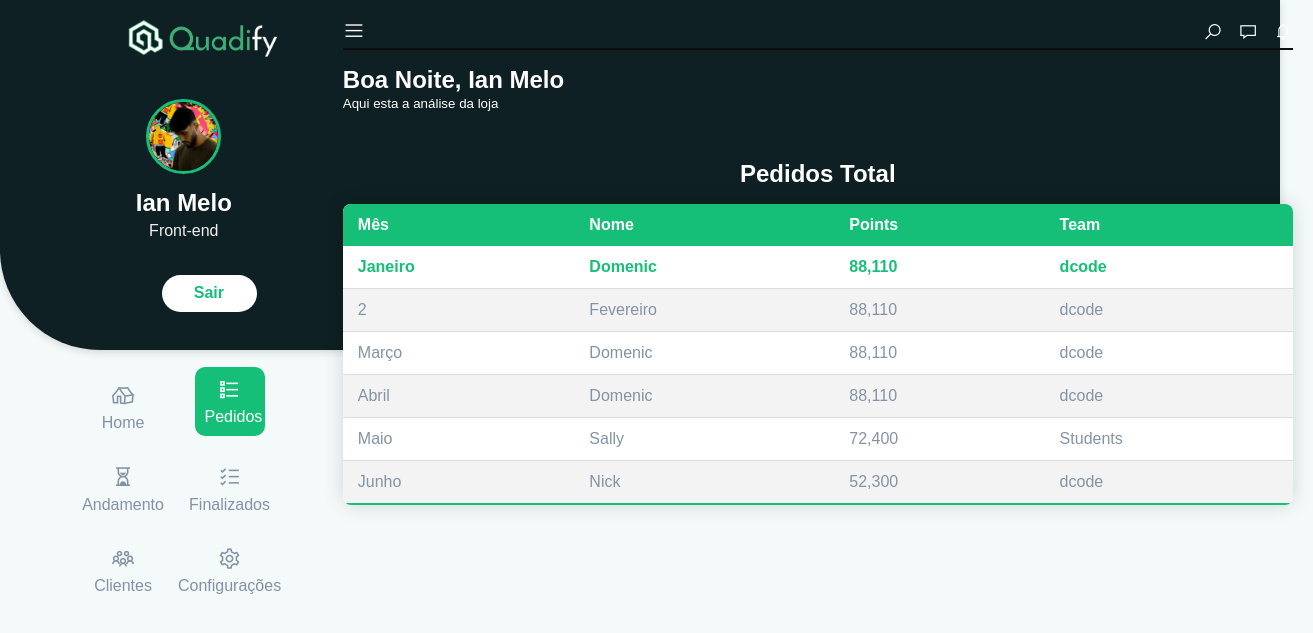
Repository: ichumbo/StarkDashboard
Page: pedidos.html
These files come from the project's save history. The page is drawn as it stood at one moment and after the next save; the edit follows.
The browser window is 1280 px wide. The page is 1313 px wide, then 1280 px, then 1313 px, so the pictures cover 1313 px, including what lies to the right of the window. The pictures show the whole page.

Above is the page before, as saved 2023-06-14 20:19:17.

### pedidos.html
<!DOCTYPE html>
<html lang="pt-br">
<head>

    <meta charset="UTF-8">
    <meta http-equiv="X-UA-Compatible" content="IE=edge">
    <meta name="viewport" content="width=device-width, initial-scale=1.0">
    <title>Quadify</title>
    <!--CSS-->
    <link rel="stylesheet" href="css/style.css">
    <!--Icons-->
    <link rel="stylesheet" href="https://maxst.icons8.com/vue-static/landings/line-awesome/font-awesome-line-awesome/css/all.min.css">
    <link rel="stylesheet" href="https://maxst.icons8.com/vue-static/landings/line-awesome/line-awesome/1.3.0/css/line-awesome.min.css">

</head>
<body>
    <!-------------------------------------------------Perfil------------------------------------------------------>
        <div class="page-wrapper">
            <input type="checkbox" name="" id="menu-toggle">

            <div class="sidebar">
                <div class="brand">
                    <img src="./img/icontrue.png" alt="Quadify" class="icon-header">
                </div>

                <div class="profile-card">
                    <div class="profile-img">
                        <img src="./img/iconphoto.png" alt="Perfil" class="photo-header">
                    </div>
                    <div class="profile-info">
                        <h2>Ian Melo</h2>
                        <small>Front-end</small>
                    </div>
                    <div class="profile-action">
                        <a href="login.html" class="btn btn-white">
                            <h4>Sair</h4>
                        </a>
                    </div>
                </div>

    <!-----------------------------------------------------Menu---------------------------------------------------->

                <div class="sidebar-menu">
                    <div class="menu-item">
                        <a href="index.html">
                        <span class="las la-campground"></span>
                            <h4>Home</h4>
                        </a>
                    </div>

                    <div class="menu-item">
                        <a href="pedidos.html" class="active">
                            <span class="las la-list"></span>
                            <h4>Pedidos</h4>
                        </a>
                    </div>

                    <div class="menu-item">
                        <a href="pedidos_andamento.html">
                            <span class="las la-hourglass-half"></span>
                            <h4>Andamento</h4>
                        </a>
                    </div>

                    <div class="menu-item">
                        <a href="pedidos_finalizados.html">
                            <span class="las la-list-alt"></span>
                            <h4>Finalizados</h4>
                        </a>
                    </div>

                    <div class="menu-item">
                        <a href="clientes.html">
                            <span class="las la-users"></span>
                            <h4>Clientes</h4>
                        </a>
                    </div>

                    <div class="menu-item">
                        <a href="configuracao.html">
                            <span class="las la-cog"></span>
                            <h4>Configurações</h4>
                        </a>
                    </div>

                </div>
            </div>

    <!-------------------------------------------------Header------------------------------------------------------>
            <div class="main-content">
                <header>
                    <label for="menu-toggle">
                        <span class="las la-bars"></span>
                    </label>

                    <div class="head-icons">
                        <span class="las la-search"></span>
                        <span class="las la-comment-alt"></span>
                        <span class="las la-bell"></span>
                    </div>
                </header>

    <!--------------------------------------------------Main--------------------------------------------------------->
                <main>
                    <div class="page-header">
                        <h2>Boa Noite, Ian Melo</h2>
                        <small>Aqui esta a análise da loja</small>
                    </div>

                <div class="analytics-register">
                    <table class="content-table">
                        <thead>
                            <h2 class="title-table">Pedidos Total</h2>
                            <tr>
                            <th>Mês</th>
                            <th>Nome</th>
                            <th>Points</th>
                            <th>Team</th>
                            </tr>
                        </thead>
                        <tbody>
                            <tr class="active-row">
                            <td>Janeiro</td>
                            <td>Domenic</td>
                            <td>88,110</td>
                            <td>dcode</td>
                            </tr>
                            <tr>
                            <td>2</td>
                            <td>Fevereiro</td>
                            <td>88,110</td>
                            <td>dcode</td>
                            </tr>
                            <tr>
                            <td>Março</td>
                            <td>Domenic</td>
                            <td>88,110</td>
                            <td>dcode</td>
                            </tr>
                            <tr>
                            <td>Abril</td>
                            <td>Domenic</td>
                            <td>88,110</td>
                            <td>dcode</td>
                            </tr>
                            <tr>
                            <td>Maio</td>
                            <td>Sally</td>
                            <td>72,400</td>
                            <td>Students</td>
                            </tr>
                            <tr>
                            <td>Junho</td>
                            <td>Nick</td>
                            <td>52,300</td>
                            <td>dcode</td>
                            </tr>
                        </tbody>
                        </table>
                </div>

            </main>
        </div>
    </div>

<!----------------------------------------Script------------------------------------------->

</body>
</html>

### css/style.css
@import url(./global.css);
@import url(./color.css);
@import url(./sidebar.css);
@import url(./header.css);
@import url(./main.css);
@import url(./login.css);
@import url(./registro.css);

/*------------------------------------------------------------------------------------------------------------------------------------------*/

#menu-toggle {
    display: none;
}

/*-------------------------------------------------------MEDIA-TELA-----------------------------------------------------------------------------*/

@media screen and (max-widht: 1050 ) {

}

### css/global.css
@import url('https://fonts.googleapis.com');

* {
    font-family: 'Nunito', sans-serif;
    text-decoration: none;
    list-style-type: none;
    padding: 0;
    margin: 0;
    box-sizing: border-box;
}

body {
    color: var(--main-text);
    background: var(--bg-body);
}

.icon-header {
    width: 165px;
    margin-left: -15px;
    margin-top: 10px;
}

.photo-header {
    width: 75px;
    border: 3px solid var(--color-main);
    border-radius: 50%;
}

.btn {
    border: none;
    outline: none;
    border-radius: 20px;
    padding: .6rem 2rem;
    display: flex;
    align-items: center;
}

.btn-white {
    background: var(--color-white);
}

.btn-white:hover {
    background-color: var(--color-main);
    color: var(--color-white);
    transition: all 300ms ease;
}

.btn span {
    font-size: 1.5rem;
    display: inline-block;
    margin-left: .6rem;
}

.page-wrapper {
    width: 93%;
    margin: auto;
    display: flex;
}

.page-wrapper::before {
    content: "";
    width: 100%;
    height: 350px;
    position: absolute;
    left: 0;
    top: 0;
    background: var(--bg-body-dark);
    z-index: -1;
    border-radius: 0px 0px 0px 100px;
    box-shadow: var(--shadow);
}

### css/color.css
:root {
    --color-main: #16BF78;
    --color-secondary: #0A5938;
    --color-3: #16BF78;
    --color-4: #0F0E0E;
    --color-dark: #100F0F;
    --color-dark-secundary: #181823;
    --bg-body-dark: #0E2023;
    --bg-body: #F4F9F9;
    --color-white: #FFFFFF;
    --main-accent: #DC8449;
    --main-text: #8492A6;
    --success: #28A745;
    --danger: #DC3545;
    --shadow: rgba(0, 0, 0, 0.15) 0px 2px 8px;
    --shadow2: 6px 5px 5px rgba(125, 141, 161, 0.3);
}

### css/sidebar.css
.sidebar {
    width: 250px;
    margin-left: 40px;
}

.brand {
    height: 70px;
    display: flex;
    align-items: center;
    padding-left: 3rem;
}

.brand h3 {
    font-size: 1.8rem;
    color: var(--color-white);
}

/*-----------------------------------------------PROFILE----------------------------------------------*/

.profile-card {
    text-align: center;
    margin: 1rem 0rem;
}

.profile-img {
    height: 90px;
    width: 120px;
    border-radius: 50%;
    margin: auto;
    background-size: cover;
    background-repeat: no-repeat;
    margin-top: 1.8rem;
}

.profile-info {
    color: var(--color-white);
}

.profile-info h2 {
    margin-bottom: .3rem;
}

.profile-info small {
    font-size: 1rem;
    color: #EFEFEF;
}

.profile-action {
    width: 180px;
    margin-top: 35px;
    margin-left: -8px;
}

.profile-action span {
    color: var(--color-main);
    margin-left: 30px;
    font-weight: 600;
}

.profile-action a {
    color: var(--color-main);
    font-size: 1rem;
    margin-left: 85px;
}

.profile-icons {
    display: flex;
    justify-content: space-between;
    align-items: center;
    margin-bottom: 3.8rem;
}

.profile-icons span {
    display: inline-block;
    color: var(--color-white);
    font-size: 1.65rem;
}

/*-----------------------------------------------MENU----------------------------------------------*/

.sidebar-menu {
    display: grid;
    grid-template-columns: repeat(2, 1fr);
    grid-gap: 0rem;
    justify-items: center;
    margin-top: 55px;
    margin-left: -15px;
}

.menu-item a {
    display: block;
    width: 100%;
    padding: 1rem 0rem;
    border-radius: 10px;
    color: var(--color-white);
    transition: all 300ms ease;
}

.menu-item a span {
    display: block;
    text-align: center;
    color: var(--main-text);
}

.menu-item a h4 {
    display: block;
    text-align: center;
    color: var(--main-text);
    font-weight: 500;
}

.menu-item a span:first-child {
    margin-bottom: .4rem;
    font-size: 25px;
}

.menu-item a.active {
    background: var(--color-main);
    width: 70px;
    padding: 10px;
}

.menu-item a.active span {
    color: var(--color-white);
    font-size: 25px;
}

.menu-item a.active h4 {
    color: var(--color-white);
}

/*-----------------------------------------------Cards----------------------------------------------*/

.sidebar-card {
    padding: 1rem;
    border-radius: 10px;
    background: var(--color-main);
    margin: 2rem 0rem;
    color: var(--color-white);
}

.sidebar-card h3 {
    margin-bottom: 1rem;
    font-size: 1.4rem;
}

.sidebar-card p {
    line-height: 1.9rem;
    margin-bottom: 1rem;
    font-size: .9rem;
    text-align: justify;
}

.sidebar-card a {
    text-align: center;
    font-weight: 600;
    color: var(--main-text);
    display: block;
    font-size: 1.1rem;
}

### css/header.css
.main-content {
    padding: 0 20px 0px 60px;
    flex: 1;
}

header {
    display: flex;
    justify-content: space-between;
    align-items: center;
    height: 50px;
    border-bottom: 2px solid var(--color-4);
    padding-top: 1rem;
    color: var(--color-white)
}

header label {
    display: inline-block;
    font-size: 1.4rem;
}

.head-icons {
    display: flex;
    align-items: center;
}

.head-icons span {
    margin-left: 1rem;
    display: inline-block;
    font-size: 1.2rem;
}

### css/main.css
.page-header {
    color: var(--color-white);
    margin: 1rem 0rem;
}

.analytics {
    display: grid;
    grid-template-columns: 65% auto;
    grid-gap: 2rem;
    margin-top: 3rem;
}

.card {
    background: var(--color-white);
    border-radius: 10px;
    box-shadow: var(--shadow);
}

.card-head {
    color: var(--color-main);
    font-weight: 600;
    padding: 1rem 2rem;
    border-bottom: 1px solid var(--color-main);
}

.card-body {
    padding: .5rem 1rem;
}

.sales-card .card-body {
    padding: .3rem;
}

.card-footer {
    padding: 1rem;
}

.chart-wrapper {
    padding-top: 1rem 0rem;
}

### css/login.css
#login-bg {
    background-color: #1B1F27;
    overflow: hidden;
}


/*--------------------------IMGS------------------------------*/
.wave {
    position: fixed;
    height: 100%;
    left: 0;
    bottom: 0;
    z-index: -2;
}

.stats {
    position: fixed;
    height: 100%;
    left: 145px;
    bottom: -25px;
    width: 350px;
}

.icon {
    position: fixed;
    top: -95px;
}

.form {
    position: fixed;
    width: 500px;
    left: 65px;
    bottom: 65px;
    z-index: -1;
}


/*--------------------------FORM-------------------------------*/
.area-login {
    display: flex;
    height: 100vh;
    justify-content: center;
    align-items: center;
}

.login img {
    width: 70px;
    height: auto;
}

.login {
    display: flex;
    flex-direction: column;
    align-items: center;
    background-color: #181920;
    width: 355px;
    height: 355px;
    padding: 25px 35px;
    border-radius: 8px;
    box-shadow: var(--shadow);
    border: 1px solid #16BF78;
    margin-left: 600px;
}

.login form {
    display: flex;
    flex-direction: column;
    width: 100%;
}


/*--------------------------INPUTS-------------------------------*/
.login .input-form {
    margin-top: 10px;
    background-color: #252A34;
    color: #16BF78;
    border: none;
    height: 45px;
    outline: none;
    border-radius: 8px;
    padding-left: 10px;
}

.login .input-form:hover {
    border: 1px solid #16BF78;
}

.login .submit {
    margin-top: 10px;
    background-color: #16BF78;
    color: #1B1F27;
    height: 45px;
    outline: none;
    border-radius: 8px;
    padding-left: 10px;
    border: none;
    font-size: 15px;
    font-weight: 600;
    cursor: pointer;
    transition: all 300ms ease;
}

.login .submit:hover {
    background-color: var(--color-secondary);
    transition: all 300ms ease;
    color: #16BF78;
}

input::placeholder {
    color: #CBD0F7;
    font-size: 14px;
}


/*--------------------------SUB-TEXT-------------------------------*/
.sub-text {
    font-size: 12px;
    margin-top: 25px;
    color: #CBD0F7;
}

.sub-text a {
    color: #16BF78;
}

### css/registro.css
#register-bg {
    background-color: #1B1F27;
    overflow: hidden;
}

/*--------------------------IMGS------------------------------*/
.wave {
    position: fixed;
    height: 100%;
    left: 0;
    bottom: 0;
    z-index: -1;
}

.register-img {
    position: fixed;
    left: 150px;
    bottom: 220px;
    width: 320px;
}

.icon {
    position: fixed;
    height: 395px;
    left: 150px;
    bottom: 325px;
    width: auto;
}


/*--------------------------FORM-------------------------------*/
.area-register {
    display: flex;
    height: 100vh;
    justify-content: center;
    align-items: center;
}

.register img {
    width: 70px;
    height: auto;
}

.register {
    display: flex;
    flex-direction: column;
    align-items: center;
    background-color: #181920;
    width: 355px;
    height: 475px;
    padding: 25px 35px;
    border-radius: 8px;
    box-shadow: var(--shadow);
    border: 1px solid #16BF78;
    margin-left: 600px;
}

.register form {
    display: flex;
    flex-direction: column;
    width: 100%;
}


/*--------------------------INPUTS-------------------------------*/
.register .input-form {
    margin-top: 10px;
    background-color: #252A34;
    color: #16BF78;
    border: none;
    height: 45px;
    outline: none;
    border-radius: 8px;
    padding-left: 10px;
}

.register .input-form:hover {
    border: 1px solid #16BF78;
}

.register .submit {
    margin-top: 10px;
    background-color: #16BF78;
    color: #1B1F27;
    height: 45px;
    outline: none;
    border-radius: 8px;
    padding-left: 10px;
    border: none;
    font-size: 15px;
    font-weight: 600;
    cursor: pointer;
    transition: all 300ms ease;
}

.register .submit:hover {
    background-color: var(--color-secondary);
    transition: all 300ms ease;
    color: #16BF78;
}

input::placeholder {
    color: #CBD0F7;
    font-size: 14px;
}


/*---------------------------SUB-TEXT--------------------------------*/
.sub-text {
    font-size: 12px;
    margin-top: 25px;
    color: #CBD0F7;
}

.sub-text a {
    color: #16BF78;
}


/*----------------------------TABLE---------------------------------*/
.title-table {
    margin-top: 3rem;
    color: var(--color-white);
    text-align: center;
    margin-bottom: 1rem;
}
.content-table {
    overflow: hidden;
    background-color: var(--color-white);
    border-collapse: collapse;
    width: 950px;
    font-size: 1rem;
    border-radius: 8px;
    box-shadow: 0 0 20px rgba(0, 0, 0, 0.15);
}

.content-table thead tr {
    background-color: var(--color-main);
    color: #ffffff;
    text-align: left;
    font-weight: bold;
}

.content-table th,
.content-table td {
    padding: 12px 15px;
}

.content-table tbody tr {
    border-bottom: 1px solid #dddddd;
}

.content-table tbody tr:nth-of-type(even) {
    background-color: #f3f3f3;
}

.content-table tbody tr:last-of-type {
    border-bottom: 2px solid var(--color-main);
}

.content-table tbody tr.active-row {
    font-weight: bold;
    color: var(--color-main);
}

After the next save:
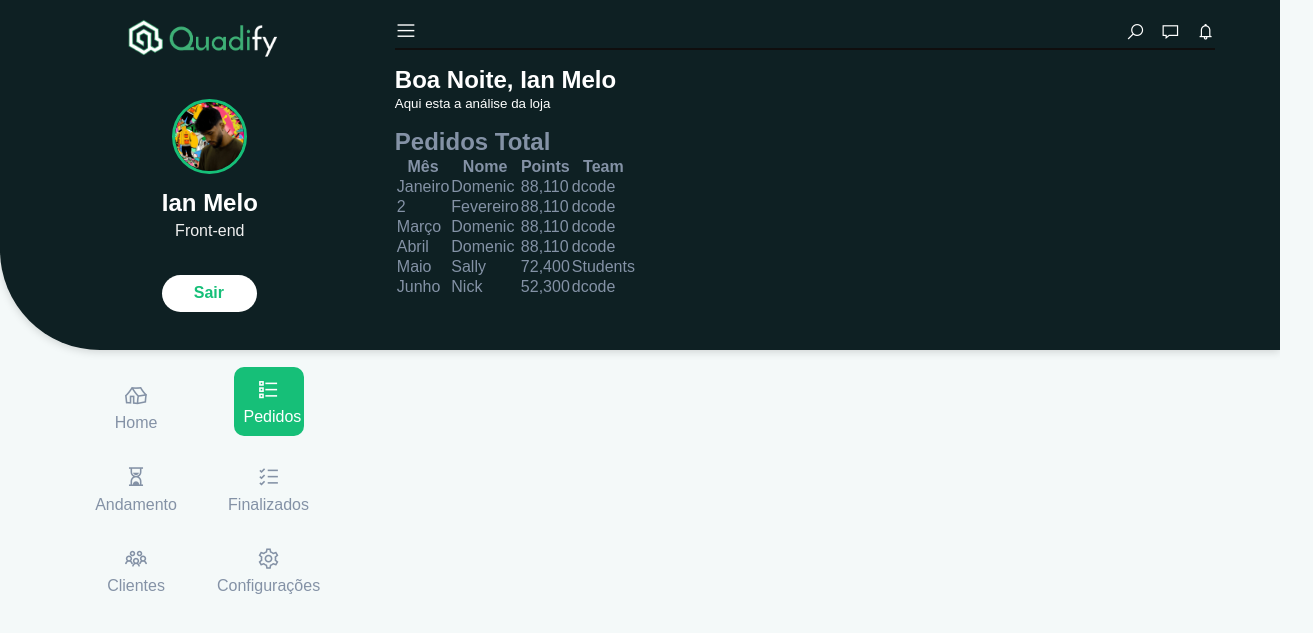
Saved 8 s later.
--- a/css/registro.css
+++ b/css/registro.css
@@ -115,50 +115,3 @@ input::placeholder {
 .sub-text a {
     color: #16BF78;
 }
-
-
-/*----------------------------TABLE---------------------------------*/
-.title-table {
-    margin-top: 3rem;
-    color: var(--color-white);
-    text-align: center;
-    margin-bottom: 1rem;
-}
-.content-table {
-    overflow: hidden;
-    background-color: var(--color-white);
-    border-collapse: collapse;
-    width: 950px;
-    font-size: 1rem;
-    border-radius: 8px;
-    box-shadow: 0 0 20px rgba(0, 0, 0, 0.15);
-}
-
-.content-table thead tr {
-    background-color: var(--color-main);
-    color: #ffffff;
-    text-align: left;
-    font-weight: bold;
-}
-
-.content-table th,
-.content-table td {
-    padding: 12px 15px;
-}
-
-.content-table tbody tr {
-    border-bottom: 1px solid #dddddd;
-}
-
-.content-table tbody tr:nth-of-type(even) {
-    background-color: #f3f3f3;
-}
-
-.content-table tbody tr:last-of-type {
-    border-bottom: 2px solid var(--color-main);
-}
-
-.content-table tbody tr.active-row {
-    font-weight: bold;
-    color: var(--color-main);
-}

After the save that followed:
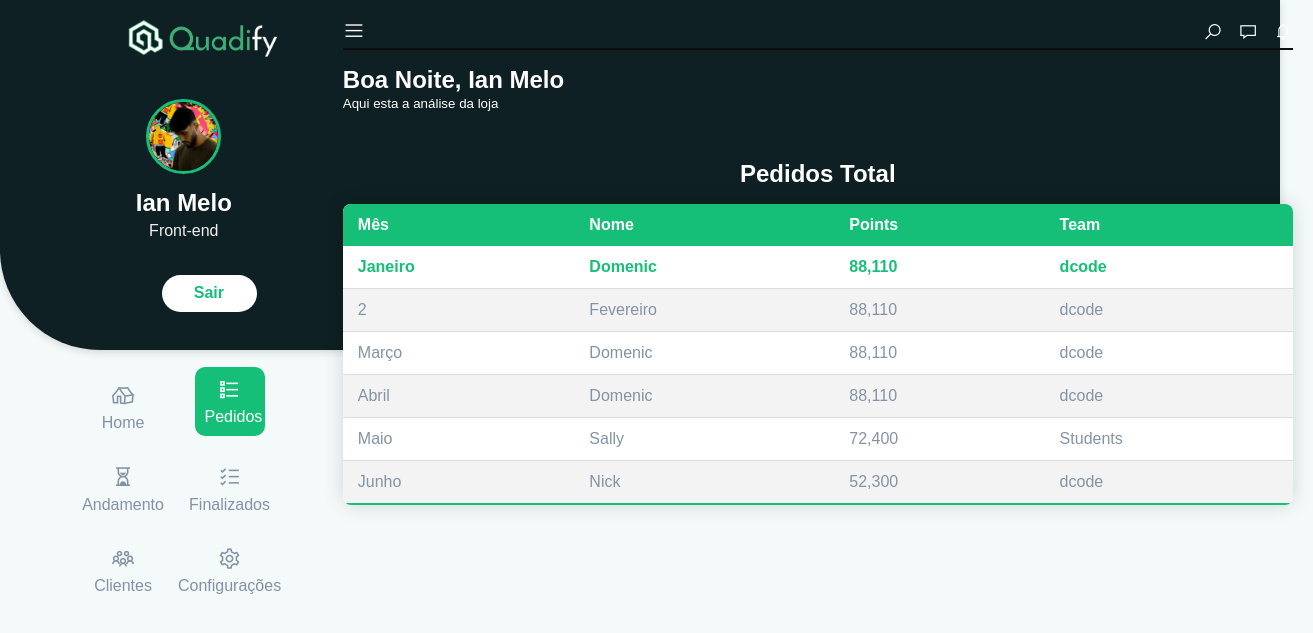
Saved 4 s later.
--- a/css/main.css
+++ b/css/main.css
@@ -38,3 +38,49 @@
 .chart-wrapper {
     padding-top: 1rem 0rem;
 }
+
+/*----------------------------TABLE---------------------------------*/
+.title-table {
+    margin-top: 3rem;
+    color: var(--color-white);
+    text-align: center;
+    margin-bottom: 1rem;
+}
+.content-table {
+    overflow: hidden;
+    background-color: var(--color-white);
+    border-collapse: collapse;
+    width: 950px;
+    font-size: 1rem;
+    border-radius: 8px;
+    box-shadow: 0 0 20px rgba(0, 0, 0, 0.15);
+}
+
+.content-table thead tr {
+    background-color: var(--color-main);
+    color: #ffffff;
+    text-align: left;
+    font-weight: bold;
+}
+
+.content-table th,
+.content-table td {
+    padding: 12px 15px;
+}
+
+.content-table tbody tr {
+    border-bottom: 1px solid #dddddd;
+}
+
+.content-table tbody tr:nth-of-type(even) {
+    background-color: #f3f3f3;
+}
+
+.content-table tbody tr:last-of-type {
+    border-bottom: 2px solid var(--color-main);
+}
+
+.content-table tbody tr.active-row {
+    font-weight: bold;
+    color: var(--color-main);
+}
